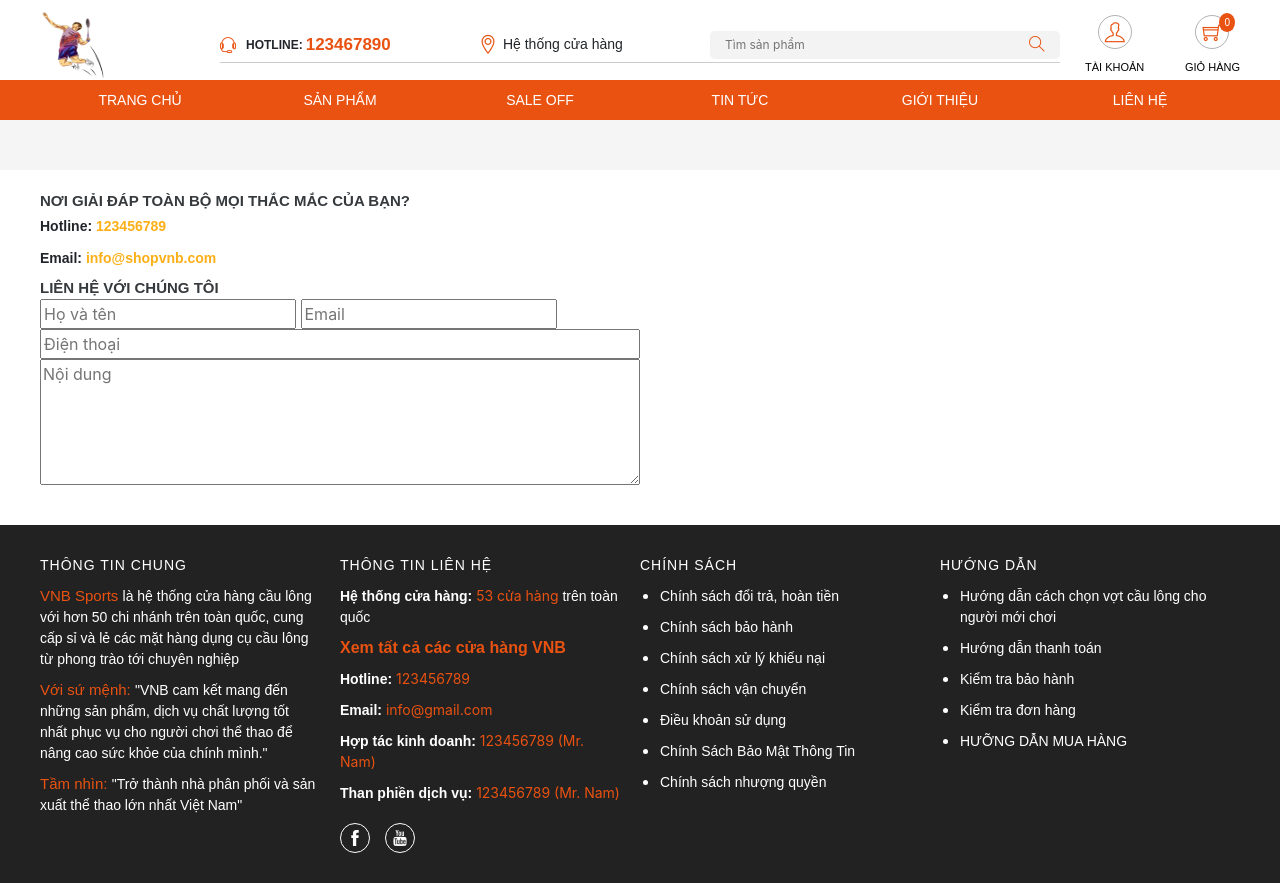
Repository: Namtran3107/CauLongSo1
Page: contact.html
The author's editor kept a copy of each file at every save. The page is drawn from the files as they stood at one save, then again after the next save.
The browser window is 1280 px wide. The pictures show the whole page.

Above is the page before, as saved 2022-12-10 13:38:53.

### contact.html
<!DOCTYPE html>
<html lang="en">
<head>
    <meta charset="UTF-8">
    <meta http-equiv="X-UA-Compatible" content="IE=edge">
    <meta name="viewport" content="width=device-width, initial-scale=1.0">
    <link rel="stylesheet" href="./index.css">
    <link rel="stylesheet" href="./product.css">
    <link rel="stylesheet" href="./contact.css">
    <link rel="stylesheet" href="./themify-icons-font/themify-icons/themify-icons.css">
    <link rel="stylesheet" href="https://stackpath.bootstrapcdn.com/bootstrap/4.3.1/css/bootstrap.min.css" integrity="sha384-ggOyR0iXCbMQv3Xipma34MD+dH/1fQ784/j6cY/iJTQUOhcWr7x9JvoRxT2MZw1T" crossorigin="anonymous">
    <title>Cau Long So 1</title>
</head>
<body>
    <div id="body-all-website">
        <div id="body-width-all">
            <div id="header-website-top">
                <div class="header-website">
                    <div class="header-logo-and-account-all">
                        <a href="" class="header-logo-website">
                            <img src="./img/pngtree-badminton-fitness-little-boy-image_1289549.png" alt="" class="header-logo">
                        </a>
                        <div class="header-phone-location-search">
                            <div class="header-phone-location-search-list">
                                <div class="header-phone-number">
                                    <div class="header-logo-number"><div class="ti-headphone-alt"></div></div>
                                    <div class="header-content-phone-number">HOTLINE: </div>
                                    <div class="header-phone-number-item">123467890</div>
                                </div>
                                <div class="header-location-store">
                                    <div class="header-logo-location"><div class="ti-location-pin"></div></div>
                                    <div class="header-content-location">Hệ thống cửa hàng</div>
                                </div>
                                <div class="header-search-product">
                                    <input type="text" name="" id="" class="header-input-search" placeholder="Tìm sản phẩm">
                                    <a href="" class="header-logo-search"><div class="ti-search"></div></a>
                                    <div class="header-input-history-all">
                                        <div class="header-input-history-list">
                                            <div class="header-input-history-content">
                                                <div class="header-input-history-name-content">Tìm kiếm gần đây</div>
                                            </div>
                                            <div class="header-input-history-item">
                                                <a href="" class="input-history-img"><img src="./img/history.PNG" alt=""></a>
                                                <div class="input-history-name-procduc-and-price">
                                                    <a href="" class="input-history-name-procduc"><div>Giày cầu lông trẻ em Kumpoo KH-F07J xanh chính hãng</div></a>
                                                    <div class="input-history-product-price">690.000 ₫</div>
                                                </div>
                                                <a href="" class="input-history-delete"><div class="ti-close"></div></a>
                                            </div>
                                            <div class="header-input-history-item">
                                                <a href="" class="input-history-img"><img src="./img/history.PNG" alt=""></a>
                                                <div class="input-history-name-procduc-and-price">
                                                    <a href="" class="input-history-name-procduc"><div>Giày cầu lông trẻ em Kumpoo KH-F07J xanh chính hãng</div></a>
                                                    <div class="input-history-product-price">690.000 ₫</div>
                                                </div>
                                                <a href="" class="input-history-delete"><div class="ti-close"></div></a>
                                            </div>
                                            <div class="header-input-history-item">
                                                <a href="" class="input-history-img"><img src="./img/history.PNG" alt=""></a>
                                                <div class="input-history-name-procduc-and-price">
                                                    <a href="" class="input-history-name-procduc"><div>Giày cầu lông trẻ em Kumpoo KH-F07J xanh chính hãng</div></a>
                                                    <div class="input-history-product-price">690.000 ₫</div>
                                                </div>
                                                <a href="https://www.facebook.com/" class="input-history-delete"><div class="ti-close"></div></a>
                                            </div>
                                        </div>
                                    </div>
                                </div>
                            </div>
                        </div>
                        <div class="header-account-website">
                            <div class="account-header-list">
                                <div class="account-website">
                                    <div class="logo-account-website">
                                        <div class="ti-user"></div>
                                        <div class="content-account-website content-account-website-color">TÀI KHOẢN</div>
                                        <div class="account-login-and-register">
                                            <a href="" class="account-login-register-list">
                                                <div class="account-login-register-logo"><div class="ti-share"></div></div>
                                                <div class="ccount-login-register-content">Đăng nhập</div>
                                            </a>
                                            <a href="" class="account-login-register-list">
                                                <div class="account-login-register-logo"><div class="ti-share-alt"></div></div>
                                                <div class="ccount-login-register-content">Đăng ký</div>
                                            </a>
                                        </div>
                                    </div>
                                    <div class="cart-website-header">
                                        <a href="" class="cart-website">
                                            <div class="ti-shopping-cart"></div>
                                            <div class="content-cart-website content-account-website-color">GIỎ HÀNG</div>
                                        </a>
                                        <div class="cart-list">
                                            <div class="cart-list-son">
                                                <div class="cart-list-logo"><div class="ti-bag"></div></div>
                                                <span class="cart-list-text">Không có sản phẩm nào trong giỏ hàng của bạn</span>
                                            </div>
                                        </div>
                                    </div>
                                </div>
                            </div>
                        </div>
                    </div>
                    <div class="header-menu-website">
                        <ul class="menu-website-list">
                            <li><a href="./index.html" class="menu-website-item">TRANG CHỦ</a></li>
                            <li><a href="./product.css" class="menu-website-item">SẢN PHẨM</a></li>
                            <li><a href="./saleoff.html" class="menu-website-item">SALE OFF</a></li>
                            <li><a href="./news.html" class="menu-website-item">TIN TỨC</a></li>
                            <li><a href="./recomend.html" class="menu-website-item">GIỚI THIỆU</a></li>
                            <li><a href="" class="menu-website-item">LIÊN HỆ</a></li>
                        </ul>
                    </div>
                    <div class="header-menu-website-bottom-background"></div>
                </div>
            </div>
            <div id="body-contact-all">
                <div class="body-contact-list">
                    <div class="body-contact-item">
                        <div class="body-input-contact">
                            <div class="header-content-contact">NƠI GIẢI ĐÁP TOÀN BỘ MỌI THẮC MẮC CỦA BẠN?</div>
                            <div class="contact-phone-and-email">
                                <span class="contact-phone-email-text">Hotline: </span>
                                <a href="" class="contact-phone-email-link">123456789</a>
                            </div>
                            <div class="contact-phone-and-email">
                                <span class="contact-phone-email-text">Email: </span>
                                <a href="" class="contact-phone-email-link">info@shopvnb.com</a>
                            </div>
                            <div class="header-content-contact">LIÊN HỆ VỚI CHÚNG TÔI</div>
                            <div class="contact-input-all">
                                <div class="contact-input-name-and-email-all">
                                    <input type="text" class="contact-input-name-and-email" placeholder="Họ và tên">
                                    <input type="email" class="contact-input-name-and-email" placeholder="Email">
                                </div>
                                <input type="tel" class="contact-input-number" placeholder="Điện thoại">
                                <textarea name="" id="" cols="100%" rows="5" placeholder="Nội dung"></textarea>
                            </div>
                        </div>
                    </div>
                    <div class="body-contact-item"></div>
                </div>
            </div>

            <div id="footer-website-bottom">
                <div id="footer-website-all">
                    <div class="footer-website-list">
                        <div class="footer-website-item">
                            <div class="footer-website-item-header">THÔNG TIN CHUNG</div>
                            <div class="footer-website-item-text">
                                <div class="footer-item-text-son">
                                    <span class="footer-website-item-bold-first">VNB Sports </span>
                                    <span class="footer-website-item-last">là hệ thống cửa hàng cầu lông với hơn 50 chi nhánh trên toàn quốc, cung cấp sỉ và lẻ các mặt hàng dụng cụ cầu lông từ phong trào tới chuyên nghiệp</span>
                                </div>
                                <div class="footer-item-text-son">
                                    <span class="footer-website-item-bold-first">Với sứ mệnh: </span>
                                    <span class="footer-website-item-last">"VNB cam kết mang đến những sản phẩm, dịch vụ chất lượng tốt nhất phục vụ cho người chơi thể thao để nâng cao sức khỏe của chính mình."</span>
                                </div>
                                <div class="footer-item-text-son">
                                    <span class="footer-website-item-bold-first">Tầm nhìn: </span>
                                    <span class="footer-website-item-last">"Trở thành nhà phân phối và sản xuất thể thao lớn nhất Việt Nam"</span>
                                </div>
                            </div>
                        </div>
                        <div class="footer-website-item">
                            <div class="footer-website-item-header">THÔNG TIN LIÊN HỆ</div>
                            <div class="footer-website-item-text">
                                <div class="footer-website-item-contact">
                                    <span class="footer-website-item-contact-bold">Hệ thống cửa hàng: </span>
                                    <a href="" class="footer-website-item-contact-color">53 cửa hàng </a>
                                    <span class="footer-website-item-contact-text">trên toàn quốc</span>
                                </div>
                                <div class="footer-website-item-contact">
                                    <a href="" class="footer-website-item-location">Xem tất cả các cửa hàng VNB</a>
                                </div>
                                <div class="footer-website-item-contact">
                                    <span class="footer-website-item-contact-bold">Hotline: </span>
                                    <span class="footer-website-item-contact-color">123456789</span>
                                </div>
                                <div class="footer-website-item-contact">
                                    <span class="footer-website-item-contact-bold">Email: </span>
                                    <span class="footer-website-item-contact-color">info@gmail.com</span>
                                </div>
                                <div class="footer-website-item-contact">
                                    <span class="footer-website-item-contact-bold">Hợp tác kinh doanh: </span>
                                    <span class="footer-website-item-contact-color">123456789 (Mr. Nam)</span>
                                </div>
                                <div class="footer-website-item-contact">
                                    <span class="footer-website-item-contact-bold">Than phiền dịch vụ: </span>
                                    <span class="footer-website-item-contact-color">123456789 (Mr. Nam)</span>
                                </div>
                                <div class="footer-website-item-contact">
                                    <a href="" class="footer-website-item-contact-icon"><div class="ti-facebook"></div></a>
                                    <a href="" class="footer-website-item-contact-icon"><div class="ti-youtube"></div></a>
                                </div>
                            </div>
                        </div>
                        <div class="footer-website-item">
                            <div class="footer-website-item-header">CHÍNH SÁCH</div>
                            <ul class="footer-website-item-text">
                                <li class="footer-website-item-text-li">
                                    <a href="" class="footer-website-item-text-a">Chính sách đổi trả, hoàn tiền</a>
                                </li>
                                <li class="footer-website-item-text-li">
                                    <a href="" class="footer-website-item-text-a">Chính sách bảo hành</a>
                                </li>
                                <li class="footer-website-item-text-li">
                                    <a href="" class="footer-website-item-text-a">Chính sách xử lý khiếu nại</a>
                                </li>
                                <li class="footer-website-item-text-li">
                                    <a href="" class="footer-website-item-text-a">Chính sách vận chuyển</a>
                                </li>
                                <li class="footer-website-item-text-li">
                                    <a href="" class="footer-website-item-text-a">Điều khoản sử dụng</a>
                                </li>
                                <li class="footer-website-item-text-li">
                                    <a href="" class="footer-website-item-text-a">Chính Sách Bảo Mật Thông Tin</a>
                                </li>
                                <li class="footer-website-item-text-li">
                                    <a href="" class="footer-website-item-text-a">Chính sách nhượng quyền</a>
                                </li>
                            </ul>
                        </div>
                        <div class="footer-website-item">
                            <div class="footer-website-item-header">HƯỚNG DẪN</div>
                            <ul class="footer-website-item-text">
                                <li class="footer-website-item-text-li">
                                    <a href="" class="footer-website-item-text-a">Hướng dẫn cách chọn vợt cầu lông cho người mới chơi</a>
                                </li>
                                <li class="footer-website-item-text-li">
                                    <a href="" class="footer-website-item-text-a">Hướng dẫn thanh toán</a>
                                </li>
                                <li class="footer-website-item-text-li">
                                    <a href="" class="footer-website-item-text-a">Kiểm tra bảo hành</a>
                                </li>
                                <li class="footer-website-item-text-li">
                                    <a href="" class="footer-website-item-text-a">Kiểm tra đơn hàng</a>
                                </li>
                                <li class="footer-website-item-text-li">
                                    <a href="" class="footer-website-item-text-a">HƯỠNG DẪN MUA HÀNG</a>
                                </li>
                            </ul>
                        </div>
                    </div>
                </div>
            </div>
        </div>
    </div>
    <script src="https://code.jquery.com/jquery-3.3.1.slim.min.js" integrity="sha384-q8i/X+965DzO0rT7abK41JStQIAqVgRVzpbzo5smXKp4YfRvH+8abtTE1Pi6jizo" crossorigin="anonymous"></script>
    <script src="https://cdnjs.cloudflare.com/ajax/libs/popper.js/1.14.7/umd/popper.min.js" integrity="sha384-UO2eT0CpHqdSJQ6hJty5KVphtPhzWj9WO1clHTMGa3JDZwrnQq4sF86dIHNDz0W1" crossorigin="anonymous"></script>
    <script src="https://stackpath.bootstrapcdn.com/bootstrap/4.3.1/js/bootstrap.min.js" integrity="sha384-JjSmVgyd0p3pXB1rRibZUAYoIIy6OrQ6VrjIEaFf/nJGzIxFDsf4x0xIM+B07jRM" crossorigin="anonymous"></script>
</body>
</html>

### contact.css
.body-contact-list{
    width: 1200px;
    margin: 0 auto;
    margin-top: 20px;
}
.body-contact-item{
    width: 50%;
}
.contact-input-all{
    display: flex;
    flex-direction: column;
}
.header-content-contact{
    font-size: 15px;
    font-family: sans-serif;
    font-weight: 600;
    opacity: 0.9;
}
.contact-phone-email-text{
    font-size: 14px;
    font-family: sans-serif;
    font-weight: 600;
}
.contact-phone-email-link{
    font-size: 14px;
    font-family: sans-serif;
    color: #fcaf17;
    font-weight: 600;
}
.contact-phone-and-email{
    margin-bottom: 8px;
}

Loaded but not shown: themify-icons-font/themify-icons/themify-icons.css (common file); index.css (806 lines, source omitted); product.css (304 lines, source omitted)

After the next save:
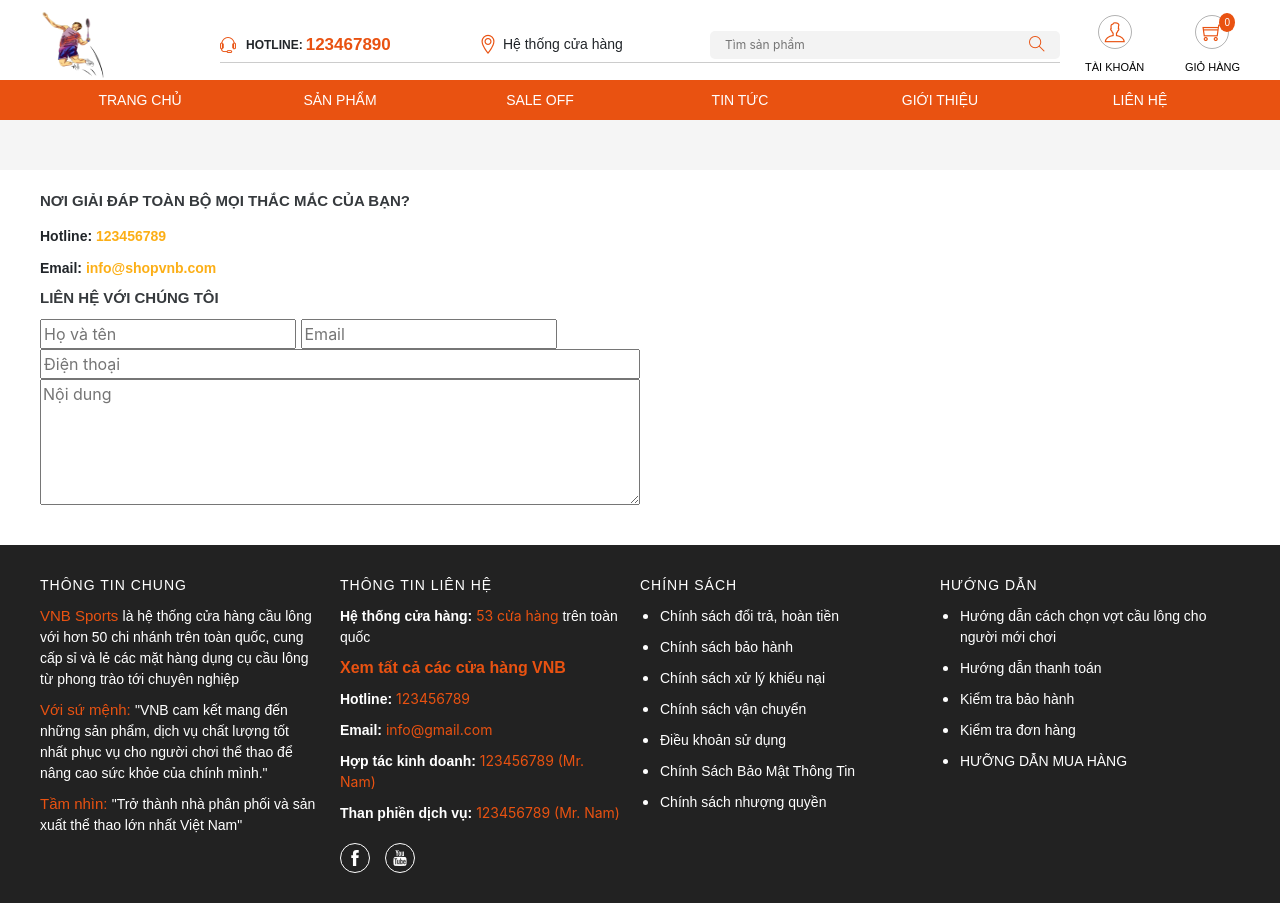
Saved 21 s later.
--- a/contact.css
+++ b/contact.css
@@ -30,3 +30,6 @@
 .contact-phone-and-email{
     margin-bottom: 8px;
 }
+.header-content-contact{
+    margin-bottom: 10px;
+}
